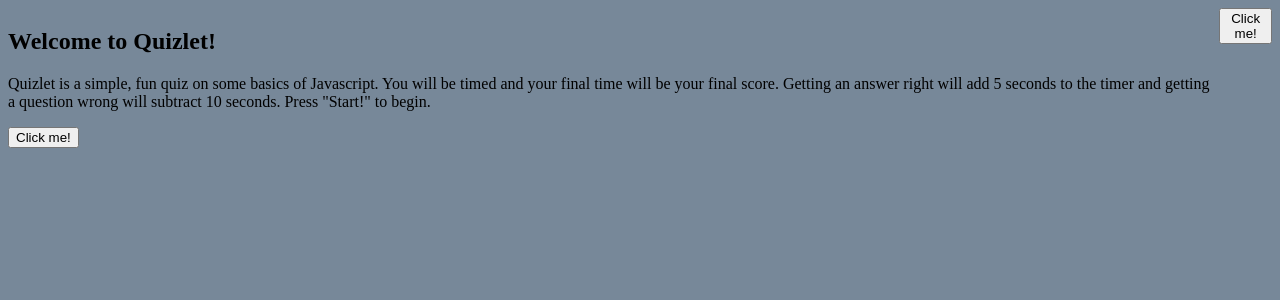
Repository: Pauldan1988/timed-quiz
Page: index.html
An editor plug-in stored every save of this project. The page is shown before and after a run of saves, followed by the edit.
The browser window is 1280 px wide. The pictures show the whole page.

Above is the page before, as saved 2023-01-24 18:29:40.

After the next 2 saves:
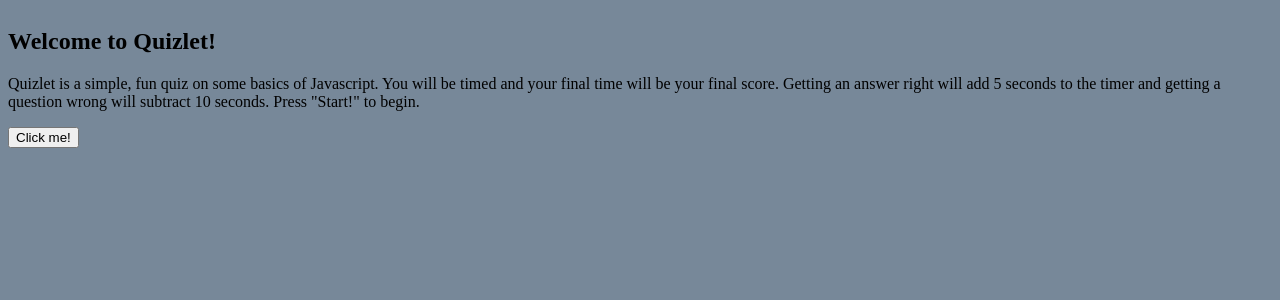
The 2 saves are shown as one change because they came seconds apart.
The last was saved 5 s later.
--- a/index.html
+++ b/index.html
@@ -22,9 +22,6 @@
       </p>
       <button type="button" id="start">Click me!</button>
     </div>
-    <div id="start">
-      <button type="button" id="start">Click me!</button>
-    </div>
     <script src="./assets/JS/script.js"></script>
   </body>
 </html>
